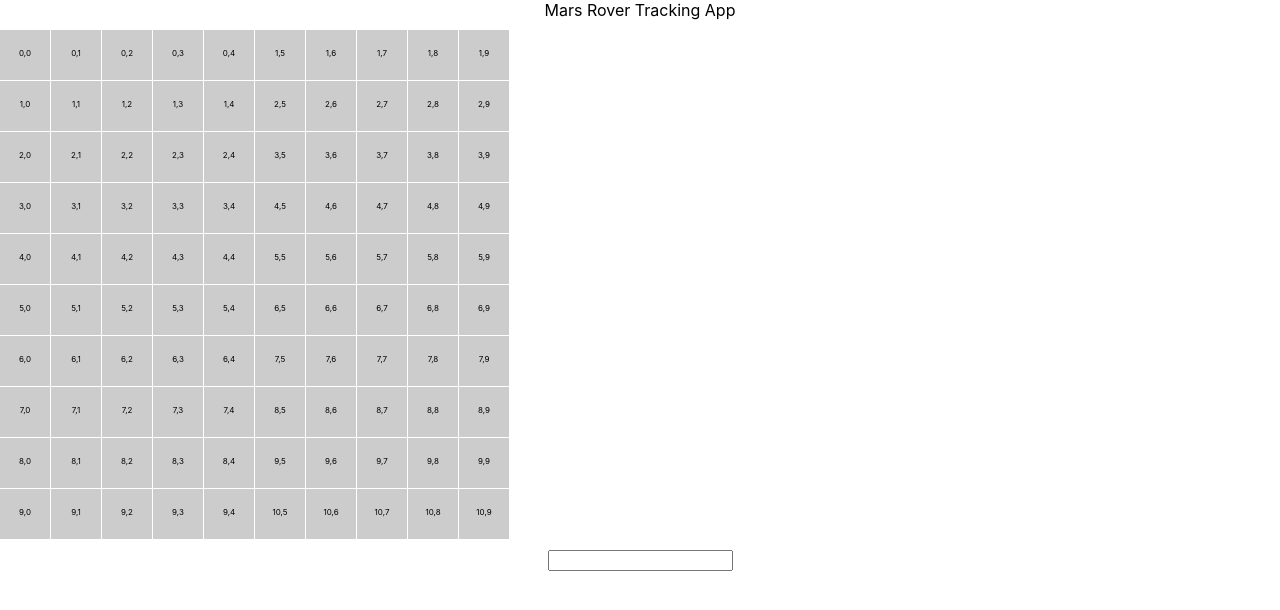
Repository: madhurisandbhor/Rover-Tracking-App
Page: /
These files come from the project's save history. The page is drawn as it stood at one moment and after the next save; the edit follows.
The browser window is 1280 px wide. The pictures show the whole page.
The project was rebuilt for these pictures with package versions that can differ from the ones it lists, and the page was loaded fresh each time.

Above is the page before, as saved 2021-09-06 18:31:48.

After the next save:
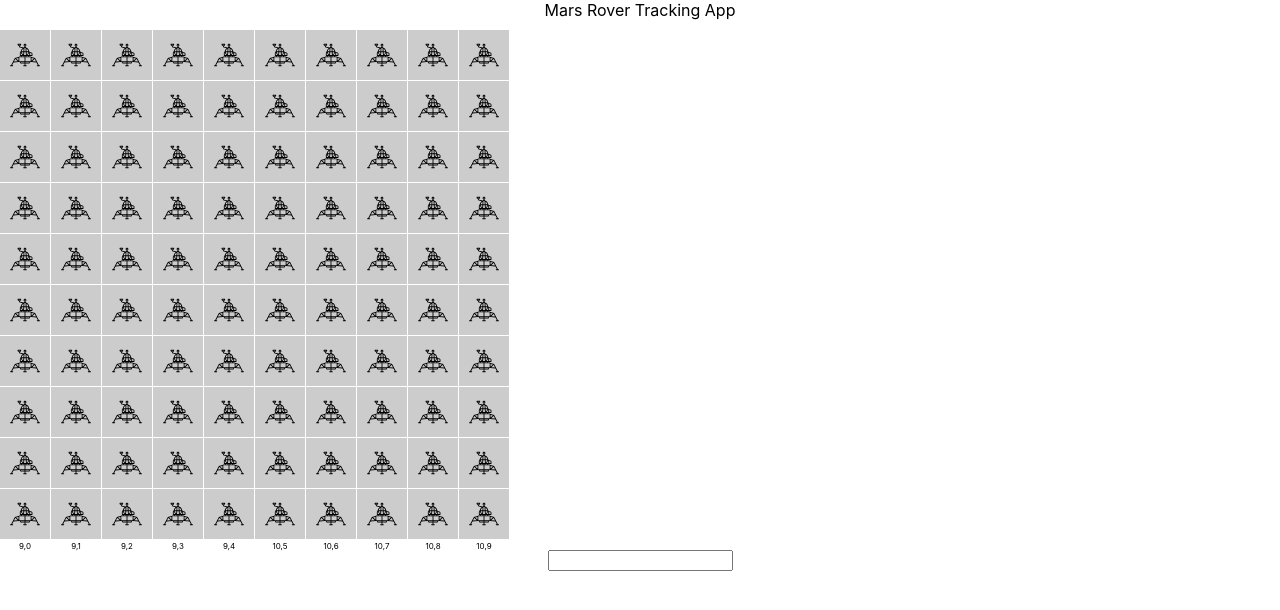
Saved 17 s later.
--- a/src/Grid.jsx
+++ b/src/Grid.jsx
@@ -35,7 +35,7 @@ const Grid = () => {
       <div style={wrapper}>
         {arr.map((item, index) => (
           <div key={index} style={itemStyle}>
-            <div></div>
+            <img src={roverIcon} />
             <span style={itemSpan}>
               {Math.round(index / 10)},{index % 10}
             </span>
